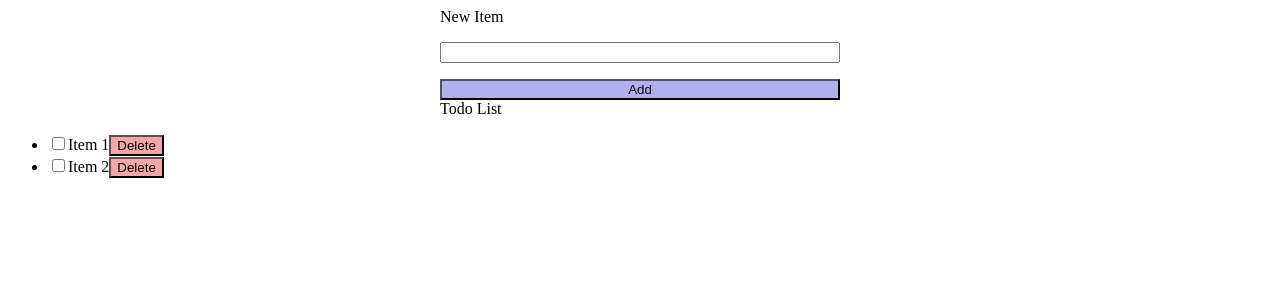
Repository: emmanuel2011-program/react-to-do-list
Page: /
These files come from the project's save history. The page is drawn as it stood at one moment and after a run of saves; the edit follows.
The browser window is 1280 px wide. The pictures show the whole page.
The project was rebuilt for these pictures with package versions that can differ from the ones it lists, and the page was loaded fresh each time. Also part of the build but not shown: vite.config.js.

Above is the page before, as saved 2025-11-03 10:07:43.

### index.html
<!doctype html>
<html lang="en">
  <head>
    <meta charset="UTF-8" />
    <link rel="icon" type="image/svg+xml" href="/vite.svg" />
    <meta name="viewport" content="width=device-width, initial-scale=1.0" />
    <title>react-to-do-list</title>
  </head>
  <body>
    <div id="root"></div>
    <script type="module" src="/src/main.jsx"></script>
  </body>
</html>

### src/App.jsx
import "./styles.css"

export default function App() {
  return (
    <>
  <form className="new-item-form">

      <label htmlFor="item">New Item</label>
      <input type="text" id="item" />
    <button className="btn">Add</button>
  </form>
  <hi className="header">Todo List</hi>
  <ul className="list">
    <li>
      <label>
        <input type="checkbox" />
        Item 1
      </label>
      <button className="btn-danger">Delete</button>
    </li>
    <li>
      <label>
        <input type="checkbox" />
        Item 2
      </label>
      <button className="btn-danger">Delete</button>
    </li>
  </ul>
  </>
)
}

### src/styles.css
/* Align the label above the input */
.new-item-form {
  display: flex;
  flex-direction: column;
  gap: 1rem; /* space between rows if you add more later */
  max-width: 400px;
  margin: 0 auto;
}

.btn-danger {
    background-color: rgb(245, 167, 167);
}
.btn {
    background-color: rgb(176, 176, 238);
}

.form-row {
  display: flex;
  flex-direction: column; /* 👈 stacks label above input */
}

.form-row label {
  margin-bottom: 6px;
  font-weight: 600;
  font-size: 0.95rem;
  color: var(--muted);
}

.form-row input {
  padding: 10px 12px;
  font-size: 1rem;
  border-radius: 8px;
  border: 1px solid #334155;
  background-color: #ecedf0;
  color: var(--text);
  outline: none;
  transition: border 0.2s ease, box-shadow 0.2s ease;
}

.form-row input:focus {
  border-color: var(--accent);
  box-shadow: 0 0 6px rgba(125, 211, 252, 0.4);
}
.header {
    display: flex;
  flex-direction: column;
  gap: 1rem; /* space between rows if you add more later */
  max-width: 400px;
  margin: 0 auto;
}

Loaded but not shown: src/main.jsx (common file)

After the next 3 saves:
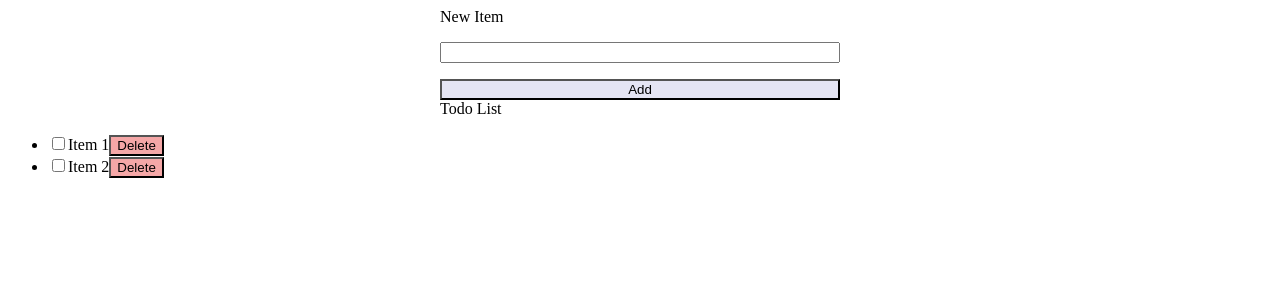
The 3 saves are shown as one change because they came seconds apart.
The last was saved 9 s later.
--- a/src/styles.css
+++ b/src/styles.css
@@ -11,7 +11,7 @@
     background-color: rgb(245, 167, 167);
 }
 .btn {
-    background-color: rgb(176, 176, 238);
+    background-color: rgb(229, 229, 244);
 }
 
 .form-row {
